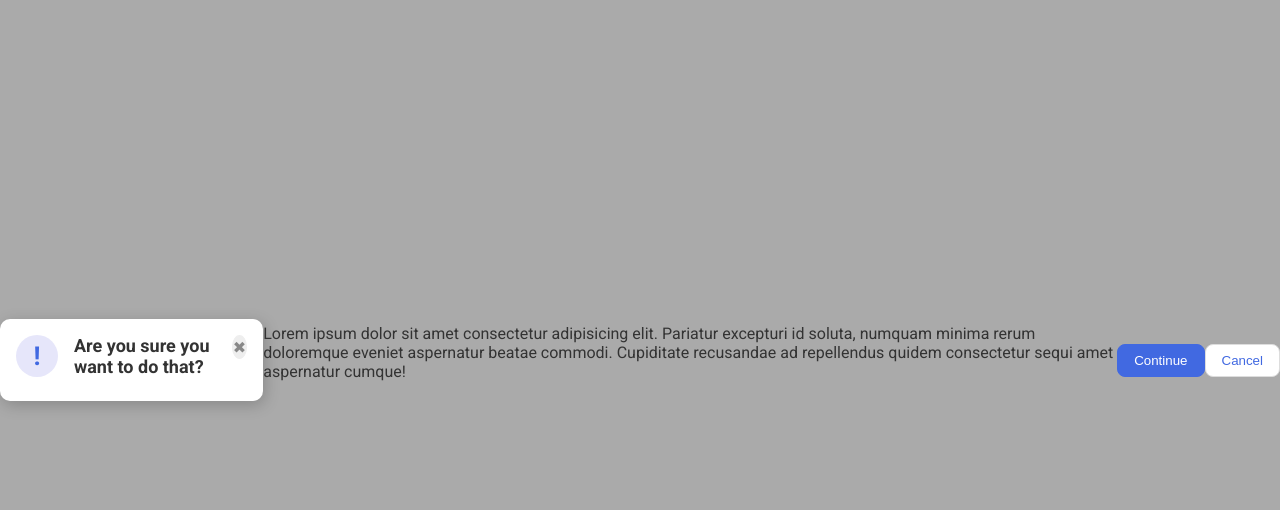
Repository: HeliosAI9/First-test-website
Page: mywebsite/html-boilerplate/pages/flex6.html
These files come from the project's save history. The page is drawn as it stood at one moment and after the next save; the edit follows.
The browser window is 1280 px wide. The pictures show the whole page.

Above is the page before, as saved 2023-06-10 06:08:53.

### mywebsite/html-boilerplate/pages/flex6.html
<!DOCTYPE html>
<html lang="en">
  <head>
    <meta charset="UTF-8">
    <meta http-equiv="X-UA-Compatible" content="IE=edge">
    <meta name="viewport" content="width=device-width, initial-scale=1.0">
    <link rel="stylesheet" href="../css/flex6.css">
    <title>Modal</title>
  </head>
  <body>
    <div class="modal">
      <div class="icon">!</div>
      <div class="header">Are you sure you want to do that?</div>
      <button class="close-button">✖</button>
    </div>
      <div class="text">Lorem ipsum dolor sit amet consectetur adipisicing elit. Pariatur excepturi id soluta, numquam minima rerum doloremque eveniet aspernatur beatae commodi. Cupiditate recusandae ad repellendus quidem consectetur sequi amet aspernatur cumque!</div>
      <button class="continue">Continue</button>
      <button class="cancel">Cancel</button>
    </div>
  </body>
</html>

### mywebsite/html-boilerplate/css/flex6.css
@import url('https://fonts.googleapis.com/css2?family=Roboto:wght@400;700&display=swap');

html, body {
  height: 100%;
}

body {
  font-family: Roboto, sans-serif;
  margin: 0;
  background: #aaa;
  color: #333;
  /* I'll give you this one for free lol */
  display: flex;
  align-items: center;
  justify-content: center;
}

.modal {
  background: white;
  width: 480px;
  border-radius: 10px;
  box-shadow: 2px 4px 16px rgba(0,0,0,.2);
}

.icon {
  color: royalblue;
  font-size: 26px;
  font-weight: 700;
  background: lavender;
  width: 42px;
  height: 42px;
  border-radius: 50%;
  display: flex;
  align-items: center;
  justify-content: center;
}

.close-button {
  background: #eee;
  border-radius: 50%;
  color: #888;
  font-weight: 400;
  font-size: 16px;
  height: 24px;
  width: 24px;
  display: flex;
  align-items: center;
  justify-content: center;
  border: 1px solid #eee;
  padding: 0;
}

button {
  cursor: pointer;
  padding: 8px 16px;
  border-radius: 8px;
}

button.continue {
  background: royalblue;
  border: 1px solid royalblue;
  color: white;
}

button.cancel {
  background: white;
  border: 1px solid #ddd;
  color: royalblue;
}

.modal {
    display: flex;
    gap: 16px;
    padding: 16px;
  }

  .icon {
    /* this keeps the icon from getting smashed by the text */
    flex-shrink: 0;
  }
  /* header container should be wrapped around the button element as well in order for flex style to work */
  .header {
    display: flex;
    align-items: center;
    justify-content: space-between;
    font-size: 18px;
    font-weight: 700;
    margin-bottom: 8px;
  }

  .text {
    margin-bottom: 16px;
  }

After the next save:
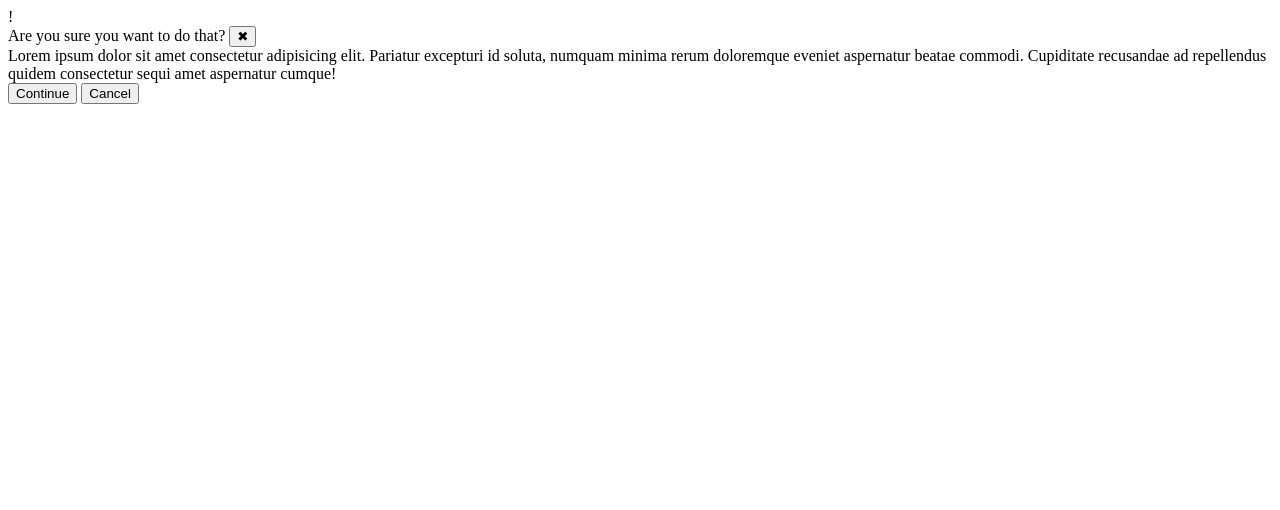
Not found: mywebsite/html-boilerplate/pages/solution.css
Saved 2 min 24 s later.
--- a/mywebsite/html-boilerplate/pages/flex6.html
+++ b/mywebsite/html-boilerplate/pages/flex6.html
@@ -4,18 +4,22 @@
     <meta charset="UTF-8">
     <meta http-equiv="X-UA-Compatible" content="IE=edge">
     <meta name="viewport" content="width=device-width, initial-scale=1.0">
-    <link rel="stylesheet" href="../css/flex6.css">
+    <link rel="stylesheet" href="solution.css">
     <title>Modal</title>
   </head>
   <body>
     <div class="modal">
       <div class="icon">!</div>
-      <div class="header">Are you sure you want to do that?</div>
-      <button class="close-button">✖</button>
-    </div>
-      <div class="text">Lorem ipsum dolor sit amet consectetur adipisicing elit. Pariatur excepturi id soluta, numquam minima rerum doloremque eveniet aspernatur beatae commodi. Cupiditate recusandae ad repellendus quidem consectetur sequi amet aspernatur cumque!</div>
-      <button class="continue">Continue</button>
-      <button class="cancel">Cancel</button>
+      <!-- additional container used here -->
+      <div class="container">
+        <!-- header div was moved to encompass the close button as well -->
+        <div class="header">Are you sure you want to do that?
+          <button class="close-button">✖</button>
+        </div>
+        <div class="text">Lorem ipsum dolor sit amet consectetur adipisicing elit. Pariatur excepturi id soluta, numquam minima rerum doloremque eveniet aspernatur beatae commodi. Cupiditate recusandae ad repellendus quidem consectetur sequi amet aspernatur cumque!</div>
+        <button class="continue">Continue</button>
+        <button class="cancel">Cancel</button>
+      </div>
     </div>
   </body>
 </html>

After the save that followed:
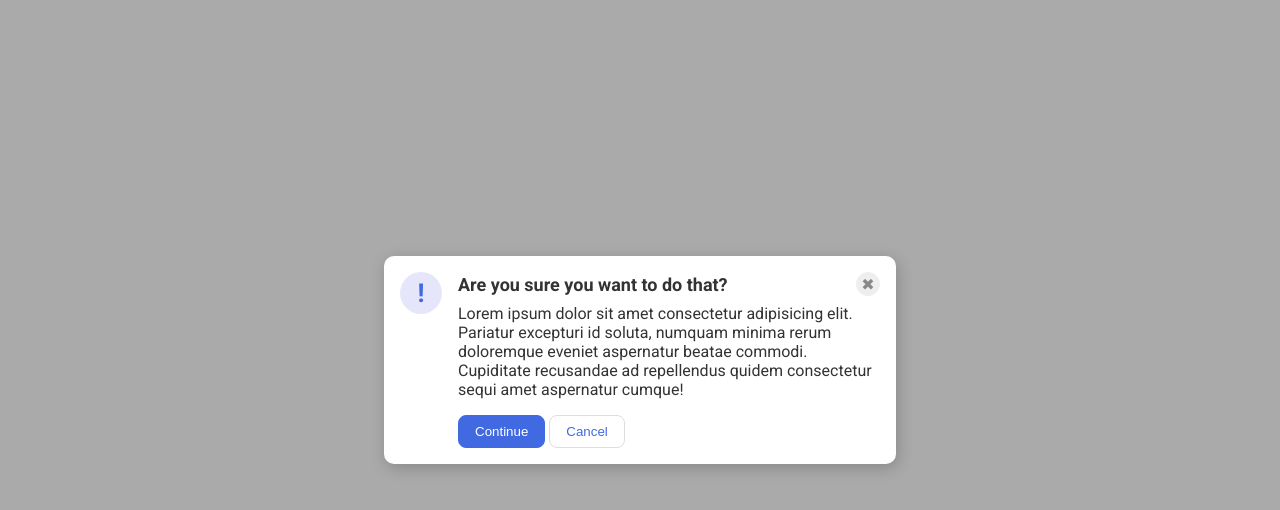
Saved 38 s later.
--- a/mywebsite/html-boilerplate/pages/flex6.html
+++ b/mywebsite/html-boilerplate/pages/flex6.html
@@ -4,7 +4,7 @@
     <meta charset="UTF-8">
     <meta http-equiv="X-UA-Compatible" content="IE=edge">
     <meta name="viewport" content="width=device-width, initial-scale=1.0">
-    <link rel="stylesheet" href="solution.css">
+    <link rel="stylesheet" href="../css/flex6.css">
     <title>Modal</title>
   </head>
   <body>
